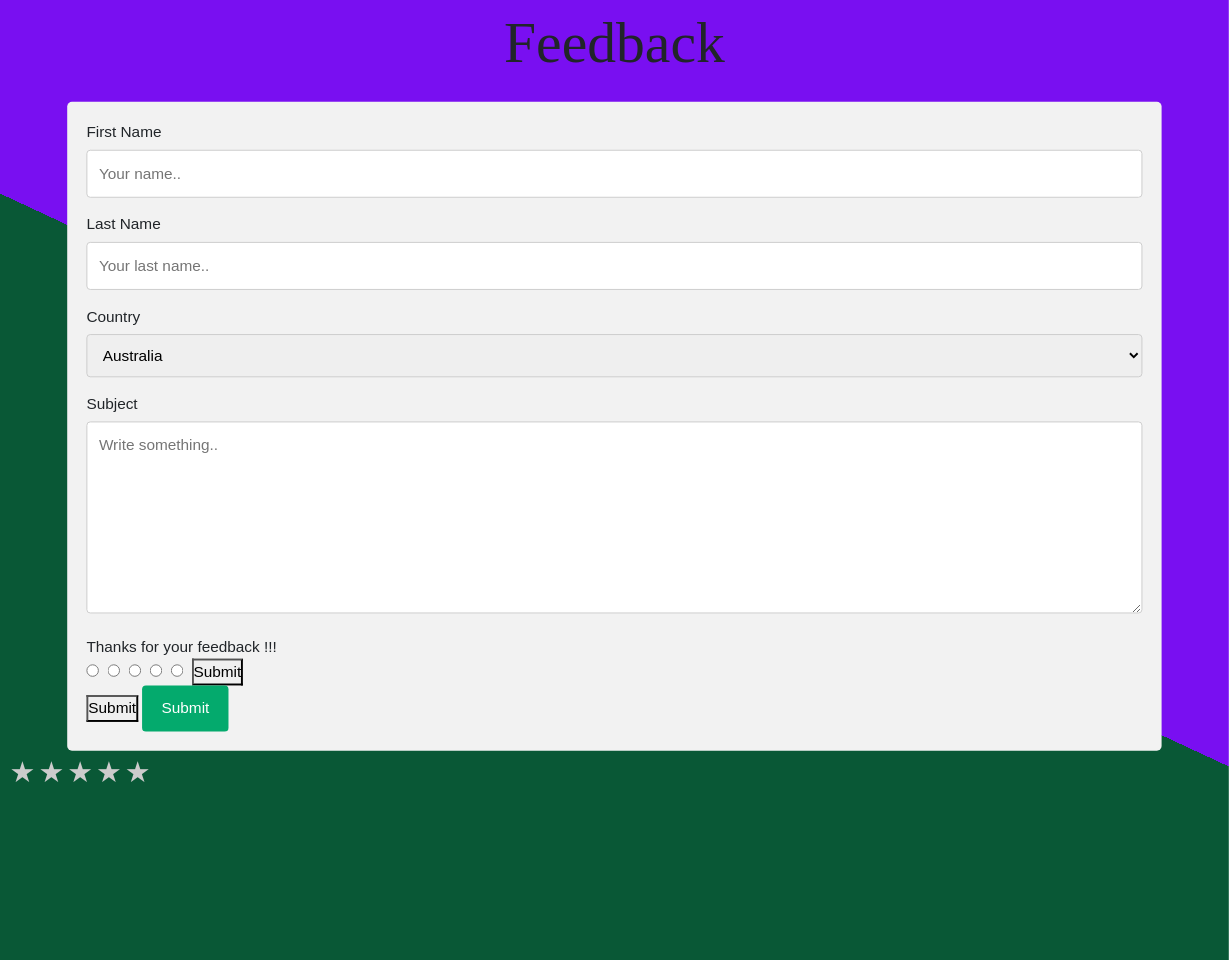
Repository: poornasyamasundar/Software-Project-Manager
Page: SoftwareManager/Templates/feedback.html
The author's editor kept a copy of each file at every save. The page is drawn from the files as they stood at one save, then again after the next save.
The browser window is 1280 px wide. The pictures show the whole page, at 96% of full size.

Above is the page before, as saved 2021-10-23 21:16:22.

### SoftwareManager/Templates/feedback.html
<!DOCTYPE html>
<html>
	<head>
		<link rel = 'stylesheet' href = 'newProject.css'>
		<link href="https://cdn.jsdelivr.net/npm/bootstrap@5.0.2/dist/css/bootstrap.min.css" rel="stylesheet" integrity="sha384-EVSTQN3/azprG1Anm3QDgpJLIm9Nao0Yz1ztcQTwFspd3yD65VohhpuuCOmLASjC" crossorigin="anonymous">
		<title>
			Feedback
		</title>
        <style>
            body {font-family: Arial, Helvetica, sans-serif;}
            * {box-sizing: border-box;}

            input[type=text], select, textarea {
              width: 100%;
              padding: 12px;
              border: 1px solid #ccc;
              border-radius: 4px;
              box-sizing: border-box;
              margin-top: 6px;
              margin-bottom: 16px;
              resize: vertical;
            }

            input[type=submit] {
              background-color: #04AA6D;
              color: white;
              padding: 12px 20px;
              border: none;
              border-radius: 4px;
              cursor: pointer;
            }

            input[type=submit]:hover {
              background-color: #45a049;
            }

            .container {
              border-radius: 5px;
              background-color: #f2f2f2;
              padding: 20px;
              margin-top: 10px;
            }



            *{
                margin: 0;
                padding: 0;
            }
            .rate {
                float: left;
                height: 46px;
                padding: 0 10px;
            }
            .rate:not(:checked) > input {
                position:absolute;
                top:-9999px;
            }
            .rate:not(:checked) > label {
                float:right;
                width:1em;
                overflow:hidden;
                white-space:nowrap;
                cursor:pointer;
                font-size:30px;
                color:#ccc;
            }
            .rate:not(:checked) > label:before {
                content: '★ ';
            }
            .rate > input:checked ~ label {
                color: #ffc700;
            }
            .rate:not(:checked) > label:hover,
            .rate:not(:checked) > label:hover ~ label {
                color: #deb217;
            }
            .rate > input:checked + label:hover,
            .rate > input:checked + label:hover ~ label,
            .rate > input:checked ~ label:hover,
            .rate > input:checked ~ label:hover ~ label,
            .rate > label:hover ~ input:checked ~ label {
                color: #c59b08;
            }
            </style>
	</head>
	<body>
        <p align="center" style="font-family:serif; font-size: 60px;">Feedback</p>














<div class="container">
  <form action="">
    <label for="fname">First Name</label>
    <input type="text" id="fname" name="firstname" placeholder="Your name..">

    <label for="lname">Last Name</label>
    <input type="text" id="lname" name="lastname" placeholder="Your last name..">

    <label for="country">Country</label>
    <select id="country" name="country">
      <option value="australia">Australia</option>
      <option value="canada">Canada</option>
      <option value="usa">USA</option>
    </select>

    <label for="subject">Subject</label>
    <textarea id="subject" name="subject" placeholder="Write something.." style="height:200px"></textarea>

    <div class="star-rating">
        <div class="thanks-msg">Thanks for your feedback !!!</div>
        <div class="star-input">
            <input type="radio" name="rating" id="rating-5">
            <label for="rating-5" class="fas fa-star"></label>
            <input type="radio" name="rating" id="rating-4">
            <label for="rating-4" class="fas fa-star"></label>
            <input type="radio" name="rating" id="rating-3">
            <label for="rating-3" class="fas fa-star"></label>
            <input type="radio" name="rating" id="rating-2">
            <label for="rating-2" class="fas fa-star"></label>
            <input type="radio" name="rating" id="rating-1">
            <label for="rating-1" class="fas fa-star"></label>

            <!-- Rating Submit Form -->
            <form>
                <span class="rating-reaction"></span>
                <button type="submit" class="submit-rating">Submit</button>
            </form>
        </div>
    </div>
    <span class="rating-reaction"></span>
                    <button type="submit" class="submit-rating">Submit</button>

    <input type="submit" value="Submit">
  </form>
</div>
<div class="rate">
    <input type="radio" id="star5" name="rate" value="5" />
    <label for="star5" title="text">5 stars</label>
    <input type="radio" id="star4" name="rate" value="4" />
    <label for="star4" title="text">4 stars</label>
    <input type="radio" id="star3" name="rate" value="3" />
    <label for="star3" title="text">3 stars</label>
    <input type="radio" id="star2" name="rate" value="2" />
    <label for="star2" title="text">2 stars</label>
    <input type="radio" id="star1" name="rate" value="1" />
    <label for="star1" title="text">1 star</label>
  </div>
    </body>
</html>

### SoftwareManager/Templates/newProject.css
body
{
	background-color: lightpink;
}
#homeMenu
{
	width: 100%;
	height: 80px;
	background-color: lightblue;
}
#logo
{
	width: 30vw;
	height: 80px;
	display: inline-block;
	background-color: lightgreen;
}
#goback
{
	width: 80px;
	height: 80px;
	display: inline-block;
	float: right;
	background-color: red;
}
#help
{
	width: 80px;
	height: 80px;
	display: inline-block;
	float: right;
	background-color: lightgreen;
}/*
#newProjectBox
{
	background-color: purple;
	width: 400px;
	margin: auto;
	height: 300px;
	margin-top: 10px;
	padding-top: 10px;
}
#create
{
	height: 40px;
	width: 100px;
	margin: auto;
	margin-top: 10px;
	background-color: yellow;
}
#name, #model, #contributors, #repositorylink
{
	height: 40px;
	width: 300px;
	margin: auto;
	margin-top: 10px;
	background-color: yellow;
} */

body {
	background-color: #4BDBC3;
	background-image: -webkit-linear-gradient(65deg, #095836  50%,  #790ff1 50%); /*#4aeaf0 #f05151 #F8F7DE*/
	min-height: 1000px;
  }

  #ui {
	background-color: #333;
	padding: 30px;
	margin-top: 50px;
	border-radius: 10px;
	opacity: 0.9;
	font-weight: bold;
  }

  #ui label,
  h1 {
	color: #fff;
  }

After the next save:
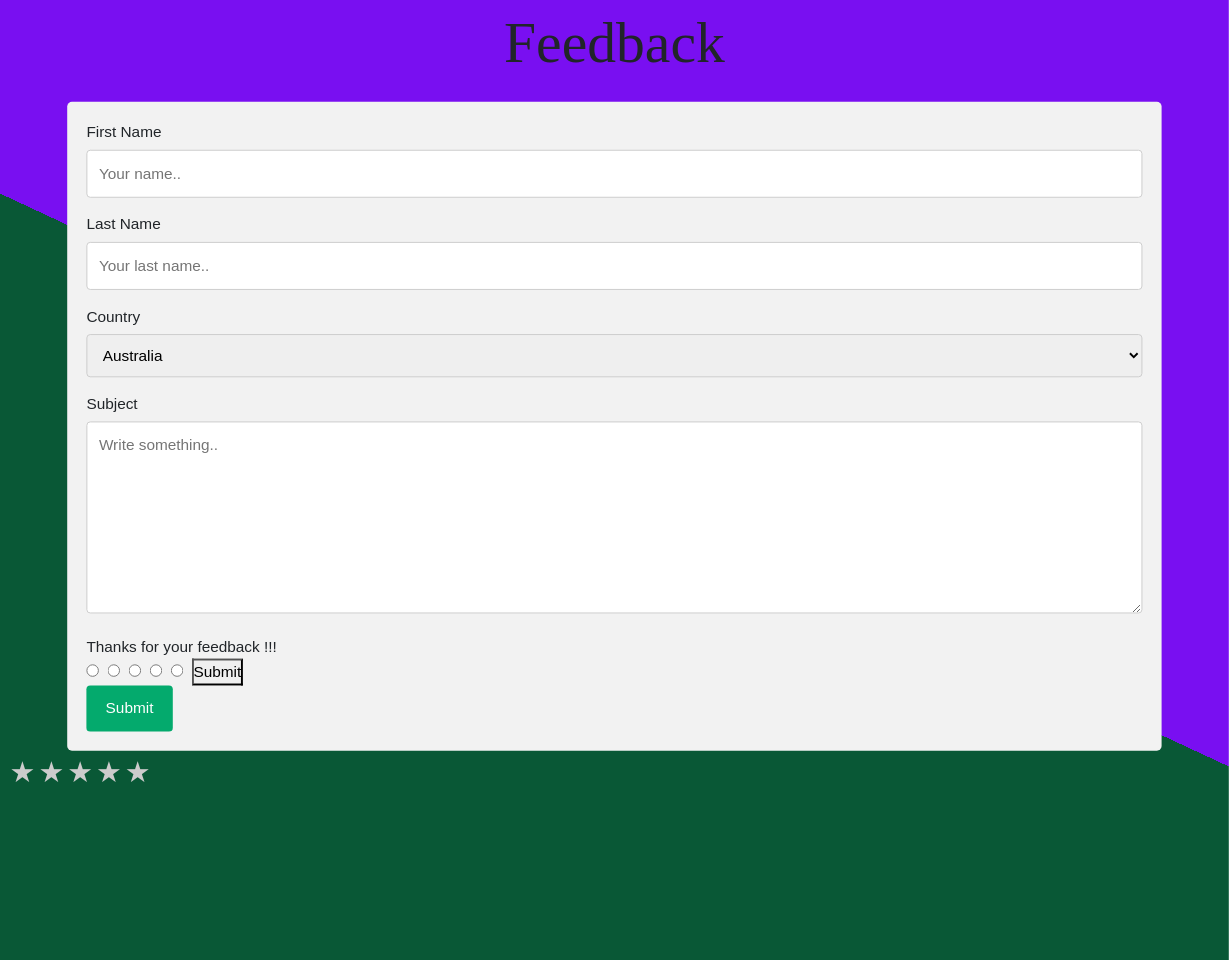
Saved 21 s later.
--- a/SoftwareManager/Templates/feedback.html
+++ b/SoftwareManager/Templates/feedback.html
@@ -139,8 +139,6 @@
             </form>
         </div>
     </div>
-    <span class="rating-reaction"></span>
-                    <button type="submit" class="submit-rating">Submit</button>
 
     <input type="submit" value="Submit">
   </form>
